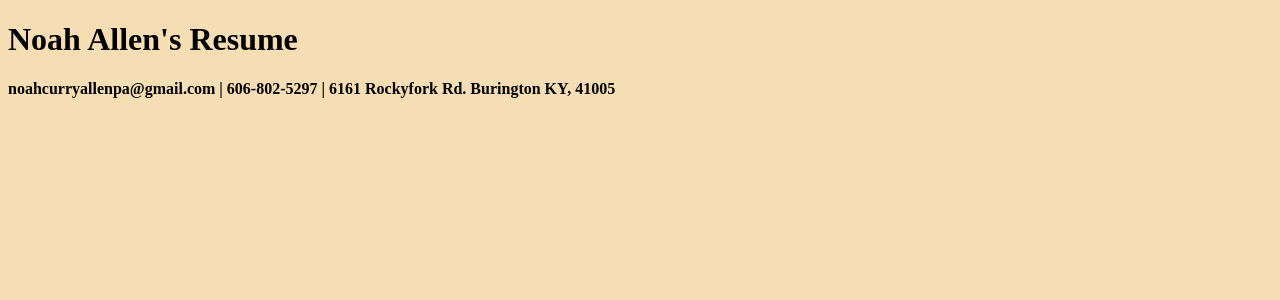
Repository: noahcallen/LAB-HTML-Resume
Page: index.html
The author's editor kept a copy of each file at every save. The page is drawn from the files as they stood at one save, then again after the next save.
The browser window is 1280 px wide. The pictures show the whole page.

Above is the page before, as saved 2024-07-08 21:03:12.

After the next save:
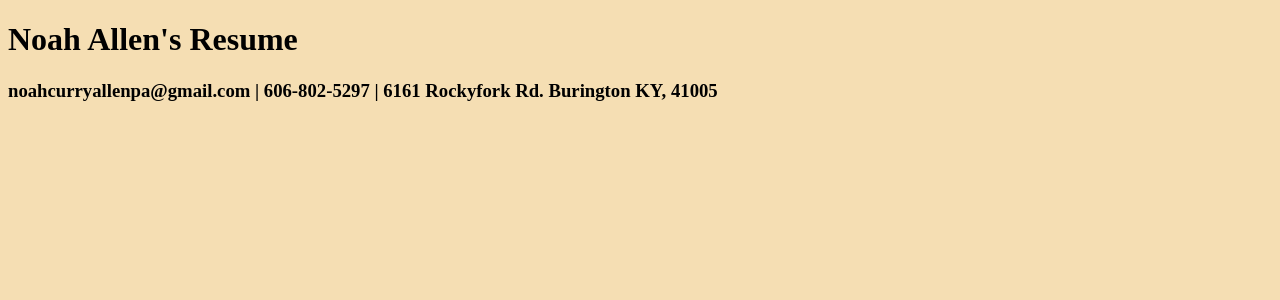
Saved 18 s later.
--- a/index.html
+++ b/index.html
@@ -8,7 +8,7 @@
 </head>
 <body>
   <h1>Noah Allen's Resume</h1>
-  <h4> noahcurryallenpa@gmail.com | 606-802-5297 | 6161 Rockyfork Rd. Burington KY, 41005</h4>
+  <h3> noahcurryallenpa@gmail.com | 606-802-5297 | 6161 Rockyfork Rd. Burington KY, 41005</h3>
 
 
 
